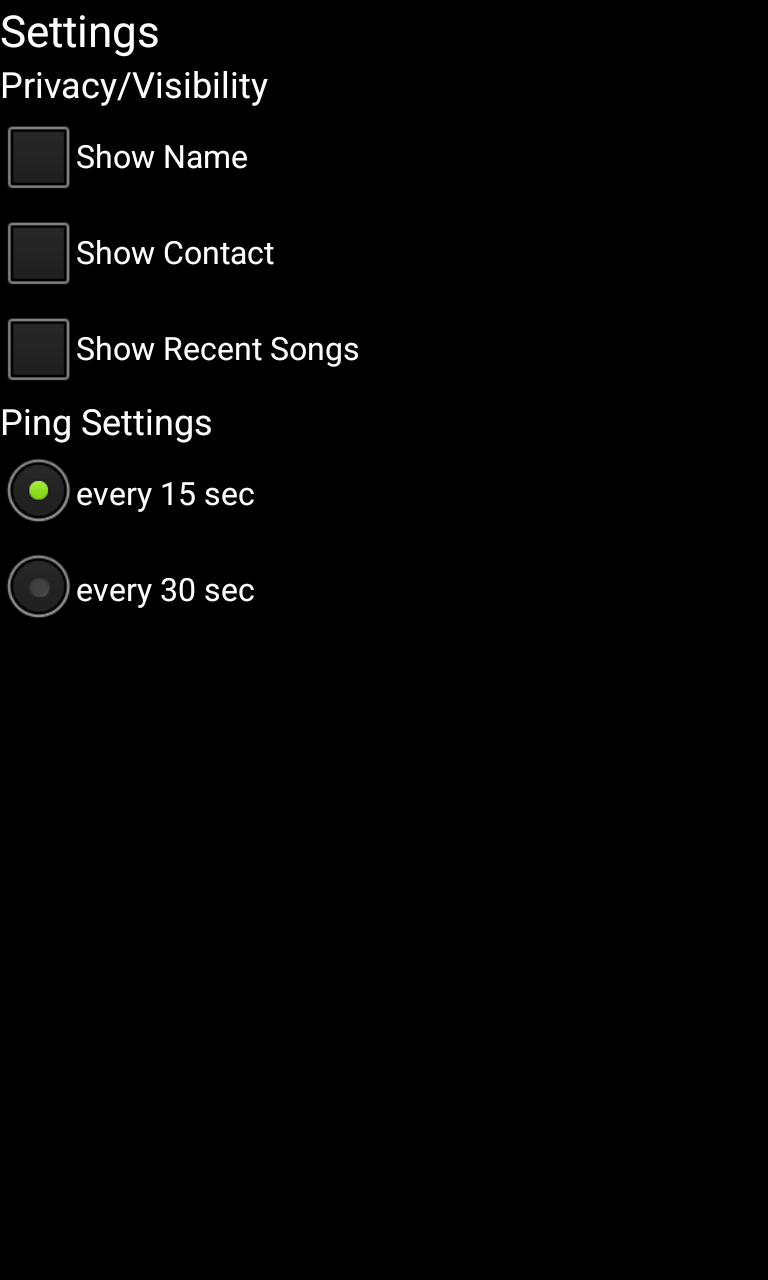
Repository: SuperChocomocha/PennApps-Spring-2012
Layout: SpotMe/res/layout/settings.xml
These files come from the project's save history. The layout is drawn as it stood at one moment and after the next save; the edit follows.
It is drawn on a 768 x 1280 px phone screen (xhdpi) without system bars, with theme android:Theme; the app's code is not run.

Above is the layout before, as saved 2012-01-14 23:41:04.

After the next save:
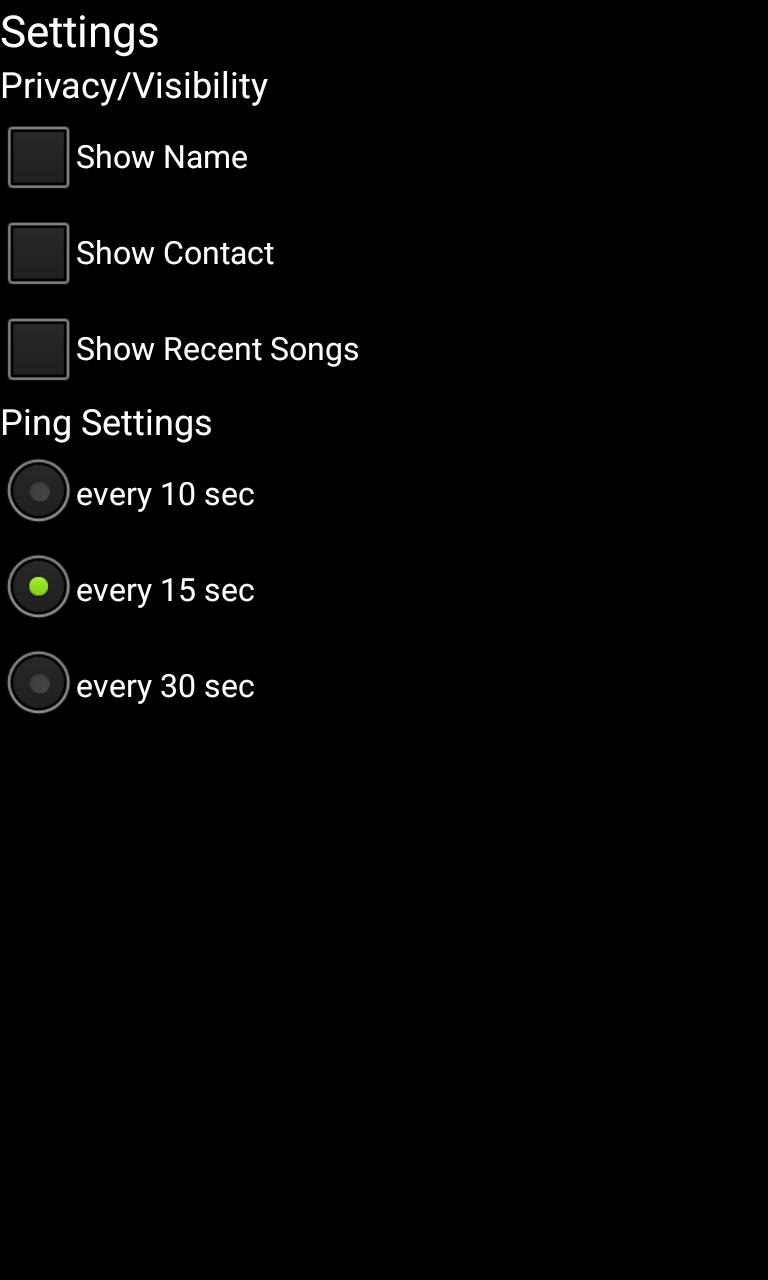
Saved 5 min 29 s later.
--- a/SpotMe/res/layout/settings.xml
+++ b/SpotMe/res/layout/settings.xml
@@ -50,6 +50,13 @@
             android:layout_height="wrap_content" >
 
             <RadioButton
+                android:id="@+id/ping_10seconds"
+                 android:layout_width="wrap_content"
+                android:layout_height="wrap_content"
+                android:checked="true"
+                android:text="every 10 sec"/>
+
+            <RadioButton
                 android:id="@+id/ping_15seconds"
                 android:layout_width="wrap_content"
                 android:layout_height="wrap_content"
